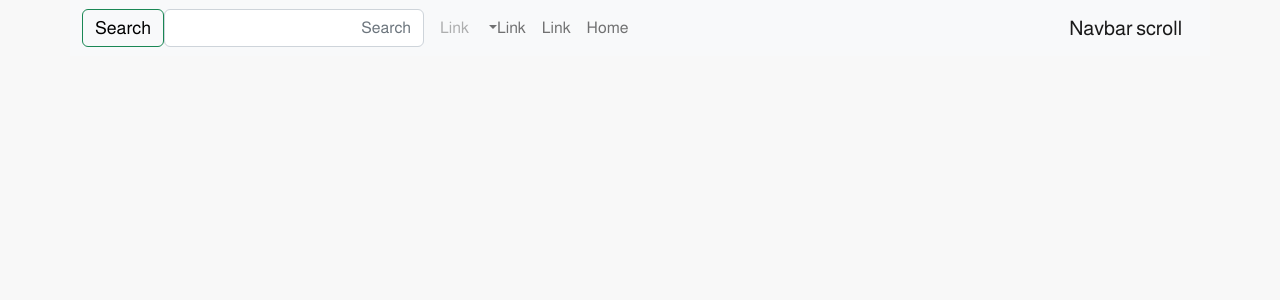
Repository: SD-Mdouka/react-table
Page: /
The author's editor kept a copy of each file at every save. The page is drawn from the files as they stood at one save, then again after the next save.
The browser window is 1280 px wide. The pictures show the whole page.
The project was rebuilt for these pictures with package versions that can differ from the ones it lists, and the page was loaded fresh each time.

Above is the page before, as saved 2022-10-06 15:26:16.

### public/index.html
<!DOCTYPE html>
<html dir="rtl" lang="ar">

<head>
    <meta charset="utf-8" />
    <link rel="icon" href="%PUBLIC_URL%/favicon.ico" />
    <meta name="viewport" content="width=device-width, initial-scale=1" />
    <meta name="theme-color" content="#000000" />
    <meta name="description" content="Web site created using create-react-app" />
    <link rel="apple-touch-icon" href="%PUBLIC_URL%/logo192.png" />
    <!--
      manifest.json provides metadata used when your web app is installed on a
      user's mobile device or desktop. See https://developers.google.com/web/fundamentals/web-app-manifest/
    -->
    <link rel="manifest" href="%PUBLIC_URL%/manifest.json" />
    <link rel="preconnect" href="https://fonts.googleapis.com" />
    <link rel="preconnect" href="https://fonts.gstatic.com" crossorigin />
    <link href="https://fonts.googleapis.com/css2?family=Almarai:wght@300;400;700;800&family=Cairo:wght@300&display=swap" rel="stylesheet" />

    <link rel="stylesheet" href="https://cdn.jsdelivr.net/npm/bootstrap@5.2.0-beta1/dist/css/bootstrap.min.css" integrity="sha384-0evHe/X+R7YkIZDRvuzKMRqM+OrBnVFBL6DOitfPri4tjfHxaWutUpFmBp4vmVor" crossorigin="anonymous" />
    <title>React App</title>
</head>

<body>
    <noscript>You need to enable JavaScript to run this app.</noscript>
    <div id="root"></div>
    <!--
      This HTML file is a template.
      If you open it directly in the browser, you will see an empty page.

      You can add webfonts, meta tags, or analytics to this file.
      The build step will place the bundled scripts into the <body> tag.

      To begin the development, run `npm start` or `yarn start`.
      To create a production bundle, use `npm run build` or `yarn build`.
    -->
</body>

</html>

### src/App.tsx
import React from "react";
import { Container } from "react-bootstrap";
import "./App.css";
import NavBar from "./components/Navbar";

const App = () => {
  return (
    <div className="color-body font">
      <Container>
        <NavBar />
      </Container>
    </div>
  );
};

export default App;

### src/App.css
.color-body {
    background-color: #f8f8f8;
    height: 100vh;
}

.font {
    font-family: "Almarai", sans-serif;
}

.title {
    color: #224f61;
    font-family: Almarai;
    font-size: 30px;
    font-weight: bold;
    letter-spacing: 0;
    line-height: 64px;
}

.underline {
    height: 1px;
    width: 200px;
    border-radius: 10px;
    border: 2px solid #b45b35;
}

.btn {
    color: black;
    font-family: Almarai;
    font-size: 18px;
    letter-spacing: 0;
    line-height: 24px;
}

.btn:hover {
    color: black;
    font-family: Almarai;
    font-size: 18px;
    font-weight: bold;
    letter-spacing: 0;
    line-height: 24px;
    border-radius: 11px;
    border: none;
    background-color: #b45b35;
}

.img-item {
    height: 180px;
    width: 252px;
    border-radius: 5px;
}

.item-description {
    color: #8c8c8c;
    font-family: Almarai;
    font-size: 16px;
    letter-spacing: 0;
    line-height: 20px;
}

.item-title {
    color: #555555;
    font-family: Almarai;
    font-size: 16px;
    font-weight: bold;
    letter-spacing: 0;
    line-height: 20px;
}

.card-color {
    background-color: #f8f8f8;
}

.item-price {
    color: #b45b35;
    font-family: Almarai;
    font-size: 16px;
    font-weight: bold;
    letter-spacing: 0;
    line-height: 20px;
}

.btn-search {
    color: #b45b35;
    border-radius: 3px solid #b45b35;
    border-radius: 8px;
    background-color: white;
}

.btn-search:hover {
    color: white;
    border-radius: 3px solid white;
    background-color: #b45b35;
    border-radius: 8px;
}

.brand-color {
    color: #b45b35;
}

### src/components/Navbar.js
import React from "react";
import {
  Container,
  Navbar,
  Row,
  Nav,
  NavDropdown,
  Form,
  Button,
} from "react-bootstrap";

const NavBar = () => {
  return (
    <Row>
      <Navbar bg="light" expand="lg">
        <Container fluid>
          <Navbar.Brand href="#">Navbar scroll</Navbar.Brand>
          <Navbar.Toggle aria-controls="navbarScroll" />
          <Navbar.Collapse id="navbarScroll">
            <Nav
              className="me-auto my-2 my-lg-0"
              style={{ maxHeight: "100px" }}
              navbarScroll
            >
              <Nav.Link href="#action1">Home</Nav.Link>
              <Nav.Link href="#action2">Link</Nav.Link>
              <NavDropdown title="Link" id="navbarScrollingDropdown">
                <NavDropdown.Item href="#action3">Action</NavDropdown.Item>
                <NavDropdown.Item href="#action4">
                  Another action
                </NavDropdown.Item>
                <NavDropdown.Divider />
                <NavDropdown.Item href="#action5">
                  Something else here
                </NavDropdown.Item>
              </NavDropdown>
              <Nav.Link href="#" disabled>
                Link
              </Nav.Link>
            </Nav>
            <Form className="d-flex">
              <Form.Control
                type="search"
                placeholder="Search"
                className="me-2"
                aria-label="Search"
              />
              <Button variant="outline-success">Search</Button>
            </Form>
          </Navbar.Collapse>
        </Container>
      </Navbar>
    </Row>
  );
};

export default NavBar;

Loaded but not shown: src/index.tsx (common file); src/index.css (common file); src/reportWebVitals.ts (common file)

After the next save:
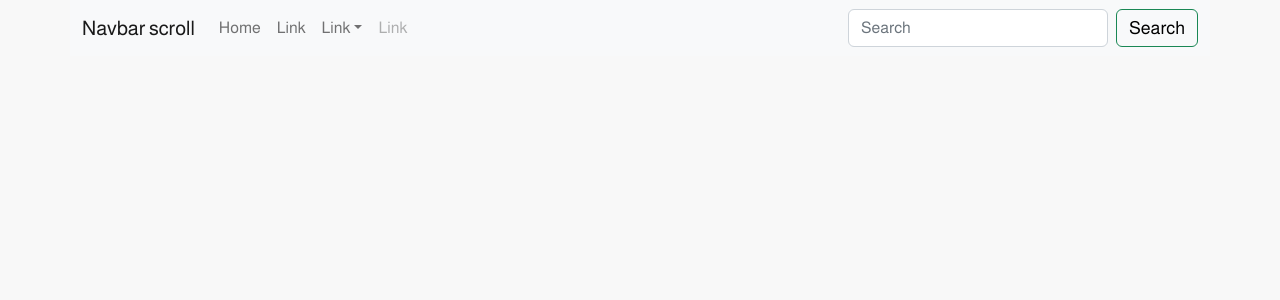
Saved 58 s later.
--- a/public/index.html
+++ b/public/index.html
@@ -1,5 +1,5 @@
 <!DOCTYPE html>
-<html dir="rtl" lang="ar">
+<html lang="en">
 
 <head>
     <meta charset="utf-8" />
